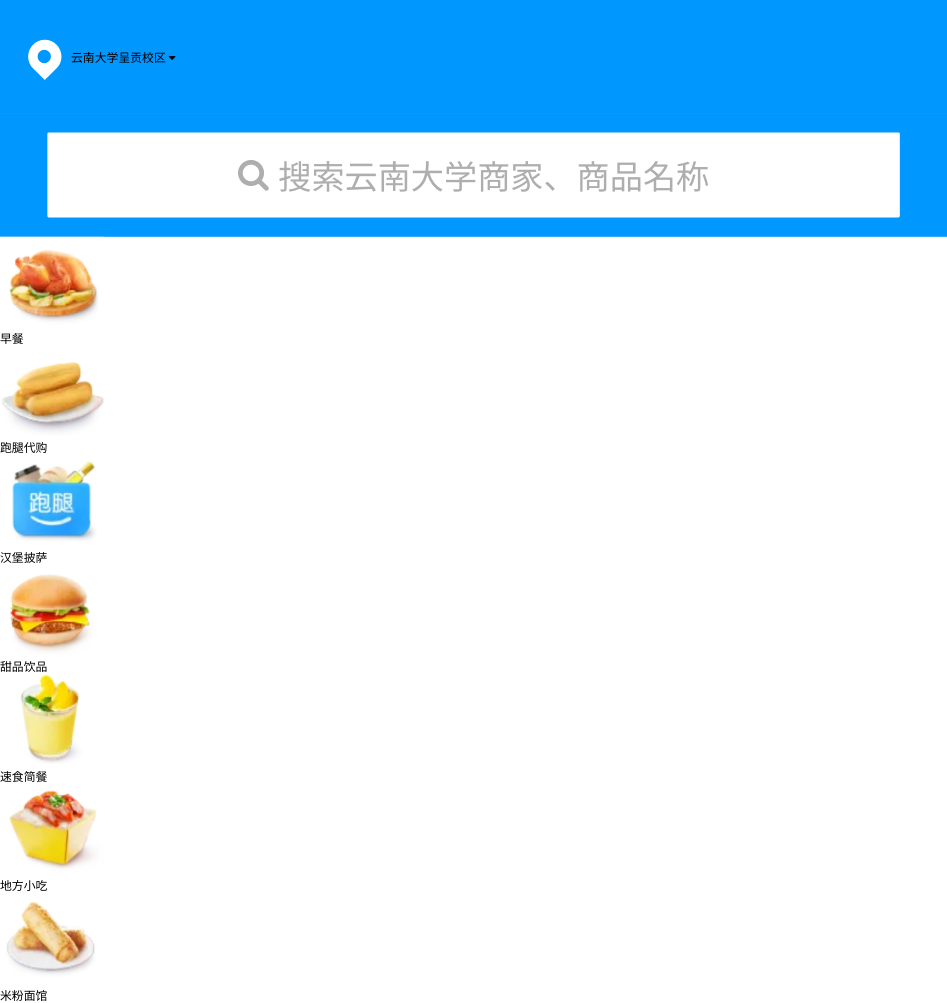
Repository: F000top/ele
Page: index.html
An editor plug-in stored every save of this project. The page is shown before and after the next save, followed by the edit.
The browser window is 1280 px wide. The pictures show the whole page, at 74% of full size.

Above is the page before, as saved 2022-06-07 21:27:07.

### index.html
<!DOCTYPE html>
<html lang="en">
<head>
    <meta charset="UTF-8">
    <!-- 移动端网页必备 -->
    <meta name="viewport" content="width=device-width,initial-scale=1">
    <!-- 导入一些库文件 -->
    <link href="framework/font-awesome/css/font-awesome.min.css" rel="stylesheet">
    <link href="framework/reset.css" rel="stylesheet">
    <link href="framework/icon.css" rel="stylesheet">
    <link href="css/index.css" rel="stylesheet">


    <meta http-equiv="X-UA-Compatible" content="IE=edge">
    <meta name="viewport" content="width=device-width, initial-scale=1.0">
    <title>云南大学校园外卖平台</title>
</head>
<body>
    <!-- 总容器 ，wrapper是包装器的意思-->
    <div class="wrapper">

        <!-- header部分 -->
        <header>
            <div class="icon-location-box">

                <div class="icon-location"></div>
            </div>

            <div>云南大学呈贡校区 <i class="fa fa-caret-down"></i></div>
        </header>

        <!-- search部分 -->
			<!--
			    搜索框部分（此块与search-fixed-top块宽度高度一致，用于当
				search-fixed-top块固定后，挡住下面块不要窜上去）
			-->
			<div class="search">
				<!-- 当滚动条超过上面的定位块时，search-fixed-top块变成固定在顶部。 -->
				<div class="search-fixed-top" id="fixedBox">
					<!-- 搜索框部分中间的白框 -->
					<div class="search-box">
						<i class="fa fa-search"></i>搜索云南大学商家、商品名称
					</div>
				</div>
			</div>

            <!-- 点餐分类部分 -->

             <ul class="foodtype">
               <li>
                   <img src="img/dcfl01.png">
                   <p>早餐</p>
               </li>

            <li>
                <img src="img/dcfl02.png">
                <p>跑腿代购</p>
            </li>

            <li>
                <img src="img/dcfl03.png">
                <p>汉堡披萨</p>
            </li>

            <li>
                <img src="img/dcfl04.png">
                <p>甜品饮品</p>
            </li>

            <li>
                <img src="img/dcfl05.png">
                <p>速食简餐</p>
            </li>

            <li>
                <img src="img/dcfl06.png">
                <p>地方小吃</p>
            </li>

            <li>
                <img src="img/dcfl07.png">
                <p>米粉面馆</p>
            </li>


             </ul>










    </div>
</body>
</html>

### framework/reset.css
/***************** CSS重置 *******************/
/* 开发自己想要的东西 */
html,body,div,span,h1,h2,h3,h4,h5,h6,ul,ol,li,p{
	margin: 0;
	padding: 0;
}

html,body{
	width: 100%;
	height: 100%;
	font-family: "幼圆";

}

ul,ol{
	list-style: none;

}

/* 标签 */
a{
	text-decoration: none;
}

### framework/icon.css
/**
 * location 定位小图标
 * 说明：使用div标签，加上icon-location类样式即可。
 *       但需要放置在一个容器中，调整容器大小，图标能自适应容器大小。
 * 示例：
 * <div class="icon-location-box">
 *     <div class="icon-location"></div>
 * </div>
 */
.icon-location {
	position: relative;
	width: 100%;
	height: 100%;
	border-radius: 50% 50% 50% 0;
	background: #fff;
	transform: rotate(-45deg);
}
.icon-location:after {
	content: '';
	width: 40%;
	height: 40%;
	margin: 30% 0 0 29%;
	background-color: #0097FF;
	position: absolute;
	border-radius: 50%;
}

### css/index.css
/* 总容器 */
.wrapper{
    width: 100%;
    height: 100%;
}
/* vw就是当前屏幕宽度的1% */
/* 头部header */
.wrapper header{
    width: 100%;
    height: 12vw;
    background-color: #0097ff;

    display: flex;
    align-items: center;
}

.wrapper header .icon-location-box{
    width: 3.5vw;
    height: 3.5vw;
    margin: 0 1vw 0 3vw;
}

.wrapper head.location-text{
    font-size: 4.5vw;
    font-weight: 700;
    color: rgba(24, 216, 168, 0.13);
}

.wrapper header .location-text.fa-caret-down{
    margin: left 1vw; ;
}


/* search部分 */

/****************** search ******************/
.wrapper .search{
	width: 100%;
	height: 13vw;
}
.wrapper .search .search-fixed-top{
	width: 100%;
	height: 13vw;
	background-color: #0097FF;
	display: flex;
	justify-content: center;
	align-items: center;
}
.wrapper .search .search-fixed-top .search-box{
	width: 90%;
	height: 9vw;
	background-color: #fff;
	border-radius: 2px;

	display: flex;
	justify-content: center;
	align-items: center;

	font-size: 3.5vw;
	color: #AEAEAE;
	font-family: "宋体";
	/*此样式是让文本选中状态无效*/
	user-select: none;
}
.wrapper .search .search-fixed-top .search-box .fa-search{
	margin-right: 1vw;
}

Loaded but not shown: framework/font-awesome/css/font-awesome.min.css (library)

After the next save:
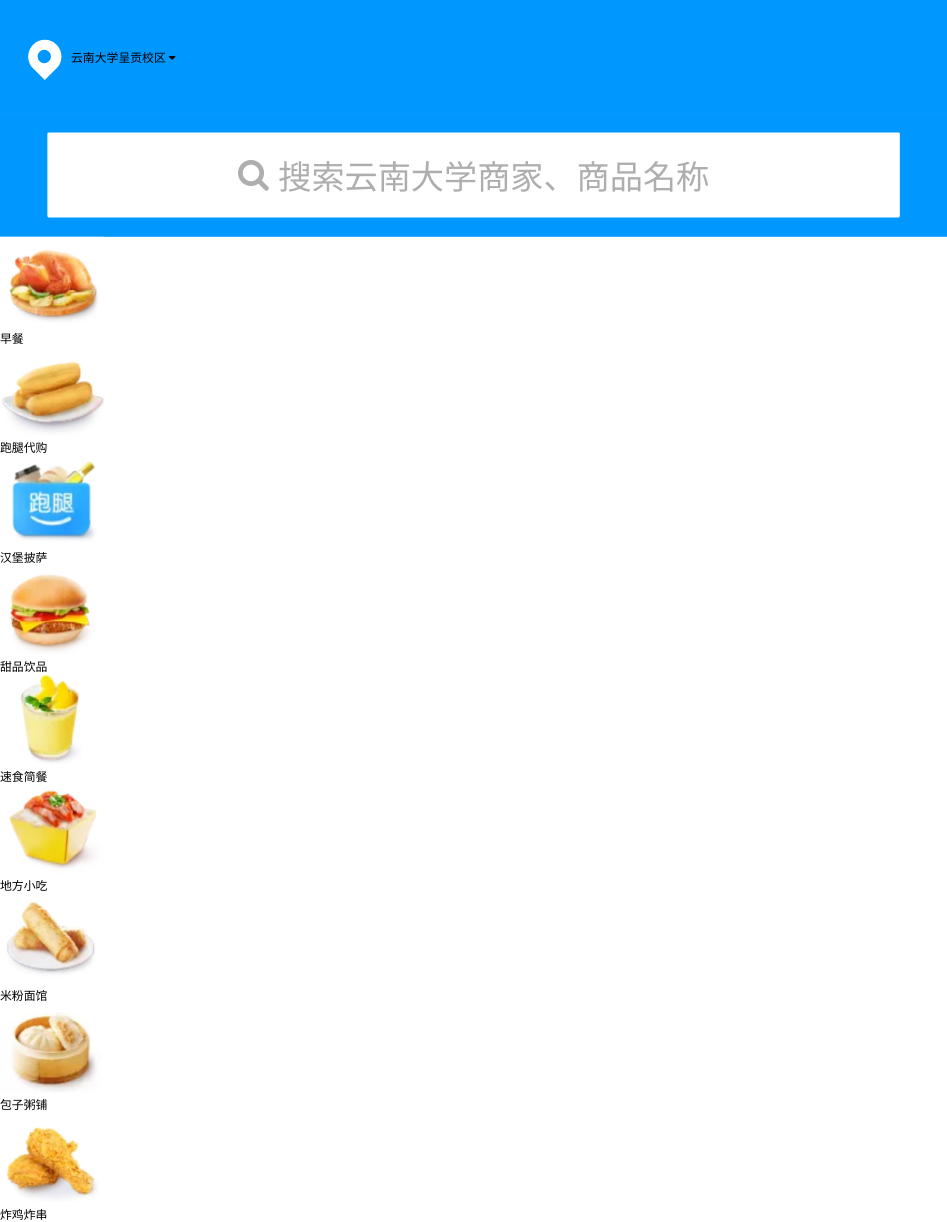
Saved 26 s later.
--- a/index.html
+++ b/index.html
@@ -82,6 +82,15 @@
                 <p>米粉面馆</p>
             </li>
 
+            <li onclick="location.href='businessList.html'">
+                <img src="img/dcfl09.png">
+                <p>包子粥铺</p>
+            </li>
+            <li onclick="location.href='businessList.html'">
+                <img src="img/dcfl10.png">
+                <p>炸鸡炸串</p>
+            </li>
+
 
              </ul>
 
